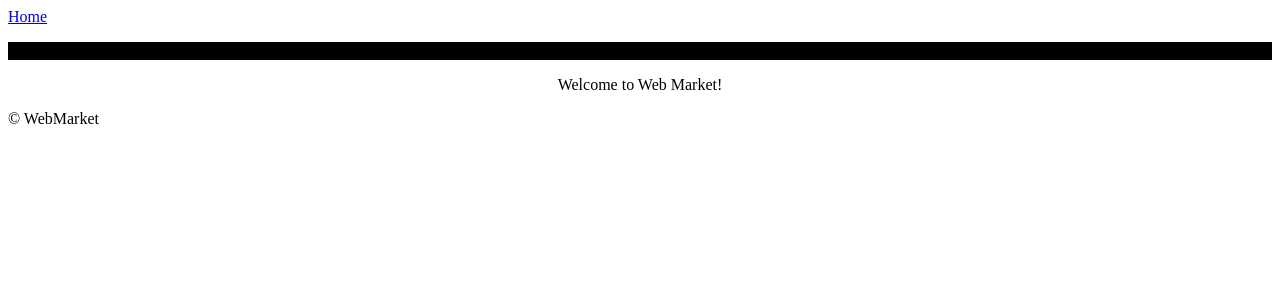
Repository: sunyeongan/Univ_lecture
Page: http://localhost/week7_jsp/ex5.jsp
An editor plug-in stored every save of this project. The page is shown before and after the next save, followed by the edit.
The browser window is 1280 px wide. The pictures show the whole page.
The page is served by Tomcat 9.

Above is the page before, as saved 2022-04-14 02:54:39.

### WebSever_2022/work/week7/week7_jsp/src/main/webapp/ex5.jsp
<%@ page language="java" contentType="text/html; charset=EUC-KR"
    pageEncoding="EUC-KR"%>
<!DOCTYPE html>
<html>
<head>
<meta charset="EUC-KR">
<title>Insert title here</title>
<style>
	div{
		text-align : center;
	}
	.menubar{
		width : 100%;
		height : 30%;
		background-color : black;
	}
	.main{
		width : 100%;
		height : 50%;
		background-color : grey;
		font-size : 10px;

	}
	.mid{
		font - size : 5px;
	}
</style>
</head>
<body>

<nav class="site">
	<a class ="bar" href="./환영.jsp">Home</a>
</nav>

<div class="menubar">
	<p>Welcome to Shopping Mall!</p>
</div>

<div class = "mid">
	<p>Welcome to Web Market!</p>
</div>

<div class = "main">
</div>
<footer class="">
<p>&copy; WebMarket</p>
</footer>
</body>
</html>

After the next save:
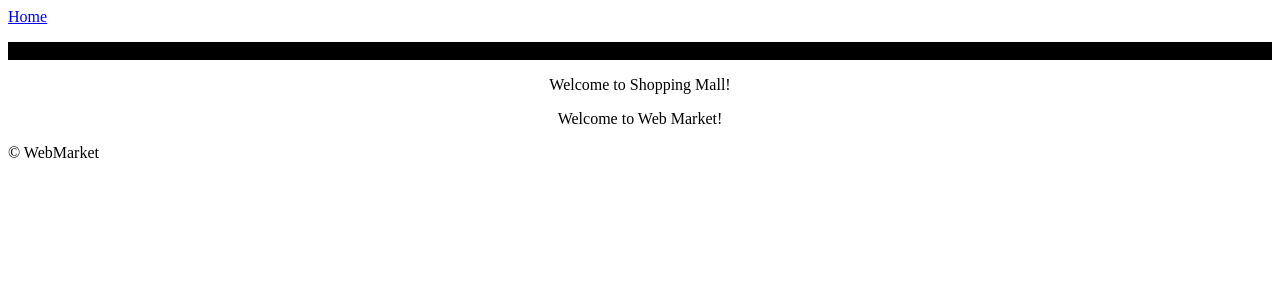
Saved 39 s later.
--- a/WebSever_2022/work/week7/week7_jsp/src/main/webapp/ex5.jsp
+++ b/WebSever_2022/work/week7/week7_jsp/src/main/webapp/ex5.jsp
@@ -35,6 +35,9 @@
 <div class="menubar">
 	<p>Welcome to Shopping Mall!</p>
 </div>
+<div class="shop">
+	<p>Welcome to Shopping Mall!</p>
+</div>
 
 <div class = "mid">
 	<p>Welcome to Web Market!</p>
